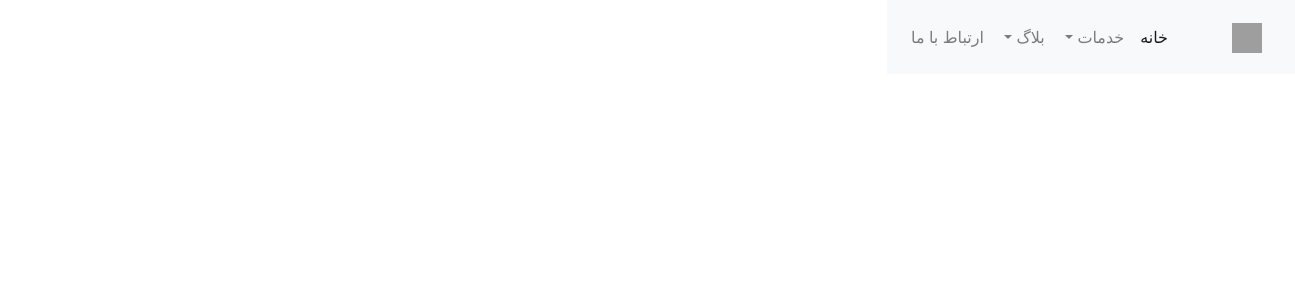
Repository: FENiki/colorlib-accounting
Page: index.html
The author's editor kept a copy of each file at every save. The page is drawn from the files as they stood at one save, then again after the next save.
The browser window is 1280 px wide. The page is 1295 px wide, so the pictures cover 1295 px, including what lies to the right of the window. The pictures show the whole page.
Pictures or frames that could not be fetched are drawn as grey boxes.

Above is the page before, as saved 2021-07-06 08:19:34.

After the next save:
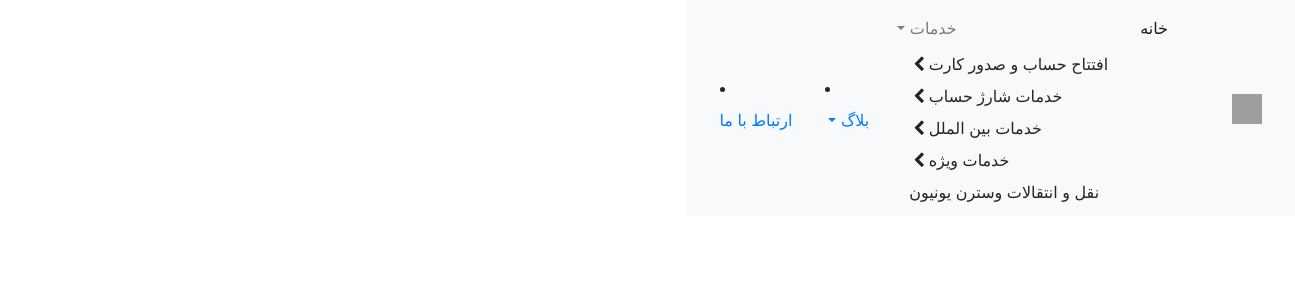
Saved 6 min 2 s later.
--- a/index.html
+++ b/index.html
@@ -39,7 +39,7 @@
           </a>
           <div class="dropdown-menu text-right" aria-labelledby="navbarDropdownMenuLink">
             <a class="dropdown-item " href="#">خدمات آنلاین<i class="fa fa-chevron-left caret-left float-left p-1"></i></a>
-            <div class="dropdown-menu text-right">
+
               <a class="dropdown-item" href="#">افتتاح حساب و صدور کارت<i class="fa fa-chevron-left caret-left float-left p-1"></i></a>
             </div>
             <a class="dropdown-item" href="#">افتتاح حساب و صدور کارت<i class="fa fa-chevron-left caret-left float-left p-1"></i></a>

After the 2 saves that followed:
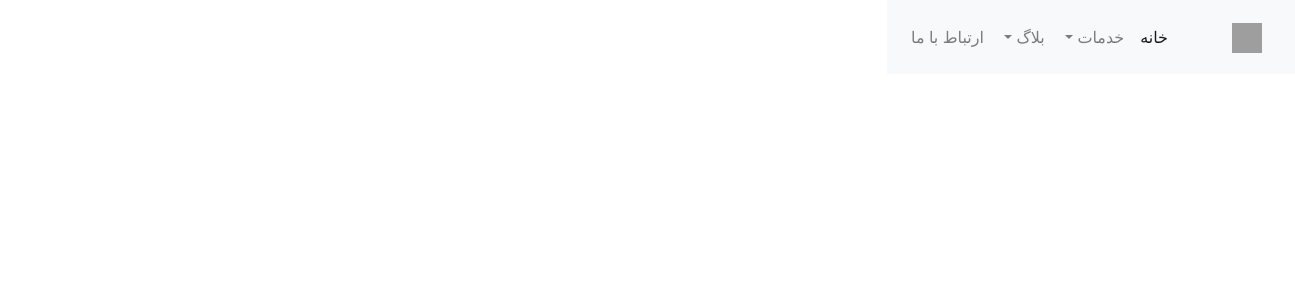
The 2 saves are shown as one change because 1 left the picture as it was.
The last was saved 34 s later.
--- a/index.html
+++ b/index.html
@@ -39,9 +39,7 @@
           </a>
           <div class="dropdown-menu text-right" aria-labelledby="navbarDropdownMenuLink">
             <a class="dropdown-item " href="#">خدمات آنلاین<i class="fa fa-chevron-left caret-left float-left p-1"></i></a>
-
-              <a class="dropdown-item" href="#">افتتاح حساب و صدور کارت<i class="fa fa-chevron-left caret-left float-left p-1"></i></a>
-            </div>
+            <div class="dropdown-menu text-right"></div>
             <a class="dropdown-item" href="#">افتتاح حساب و صدور کارت<i class="fa fa-chevron-left caret-left float-left p-1"></i></a>
 
             <a class="dropdown-item" href="#">خدمات شارژ حساب<i class="fa fa-chevron-left caret-left float-left p-1"></i></a>
